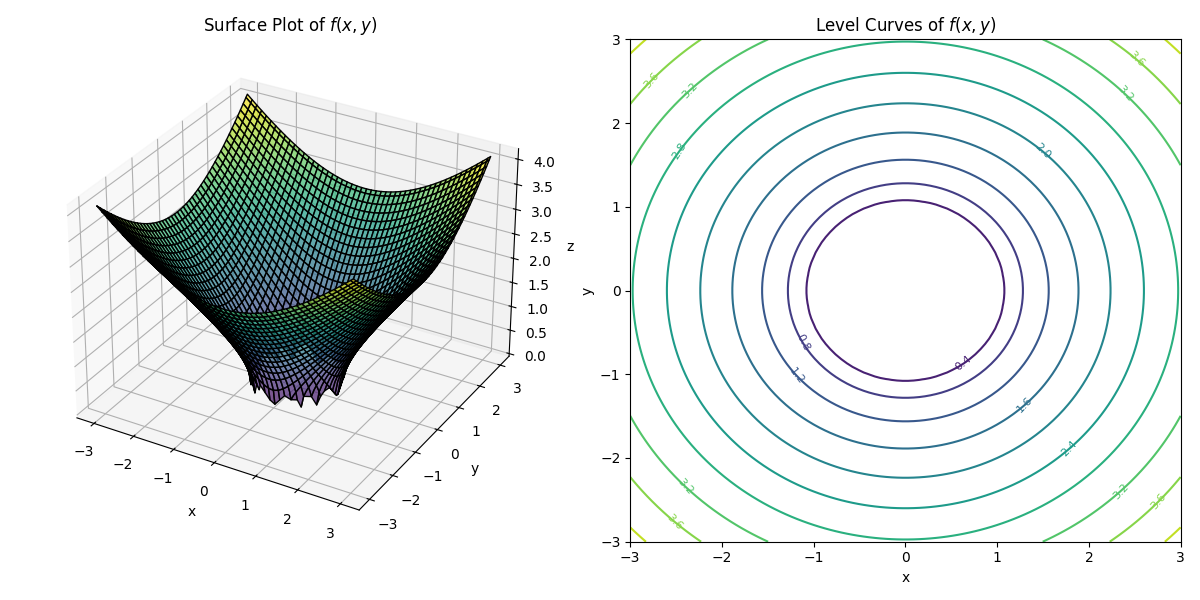
Repository: itsmibrahim123/CalculatorApp
Script's output: python Python/Chatbot.py
The author's editor kept a copy of each file at every save. The script's output is drawn from the files as they stood at one save, then again after the next save.
Random numbers start from a fixed seed.

Above is the script's output before, as saved 2024-12-17 14:31:20.

### Python/Chatbot.py
import numpy as np
import matplotlib.pyplot as plt
import math

x = np.linspace(-3, 3, 100)
y = np.linspace(-3, 3, 100)
X, Y = np.meshgrid(x, y)

Z = np.sqrt((X**2 + Y**2) - 1)

fig = plt.figure(figsize=(12, 6))


ax1 = fig.add_subplot(121, projection='3d')
ax1.plot_surface(X, Y, Z, cmap='viridis', edgecolor='k', alpha=0.7)
ax1.set_title("Surface Plot of $f(x, y)$")
ax1.set_xlabel("x")
ax1.set_ylabel("y")
ax1.set_zlabel("z")

ax2 = fig.add_subplot(122)
contour = ax2.contour(X, Y, Z, levels=10, cmap='viridis')
ax2.clabel(contour, inline= False, fontsize=8)
ax2.set_title("Level Curves of $f(x, y)$")
ax2.set_xlabel("x")
ax2.set_ylabel("y")

plt.tight_layout()
plt.show()

After the next save:
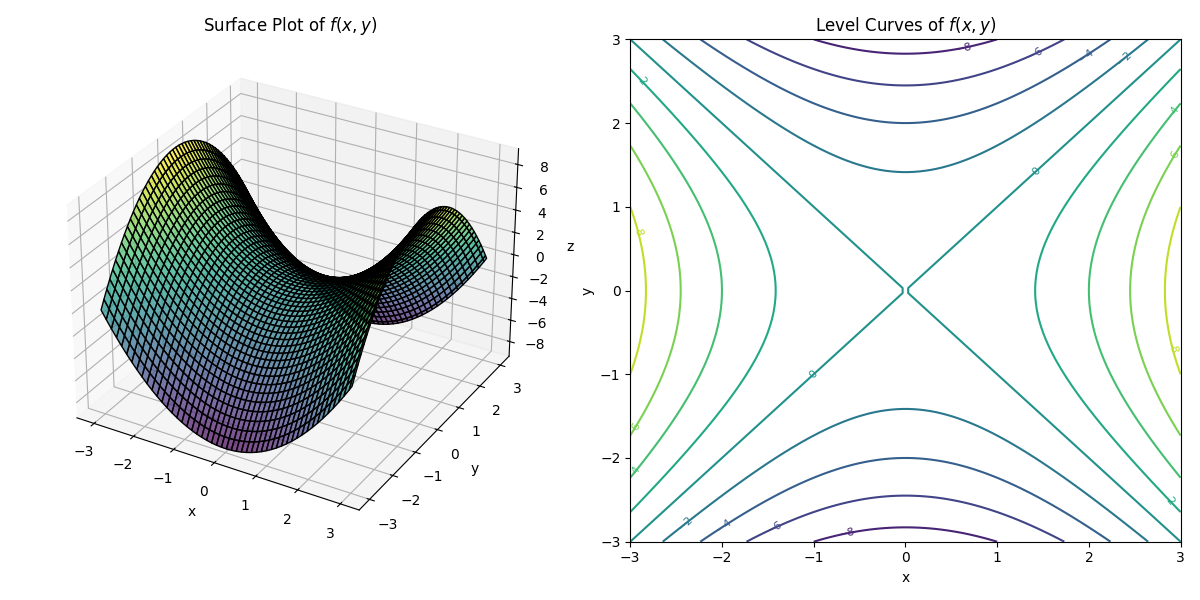
Saved 16 min 46 s later.
--- a/Python/Chatbot.py
+++ b/Python/Chatbot.py
@@ -1,12 +1,11 @@
 import numpy as np
 import matplotlib.pyplot as plt
-import math
 
 x = np.linspace(-3, 3, 100)
 y = np.linspace(-3, 3, 100)
 X, Y = np.meshgrid(x, y)
 
-Z = np.sqrt((X**2 + Y**2) - 1)
+Z =  (X**2 - Y**2)
 
 fig = plt.figure(figsize=(12, 6))
 
